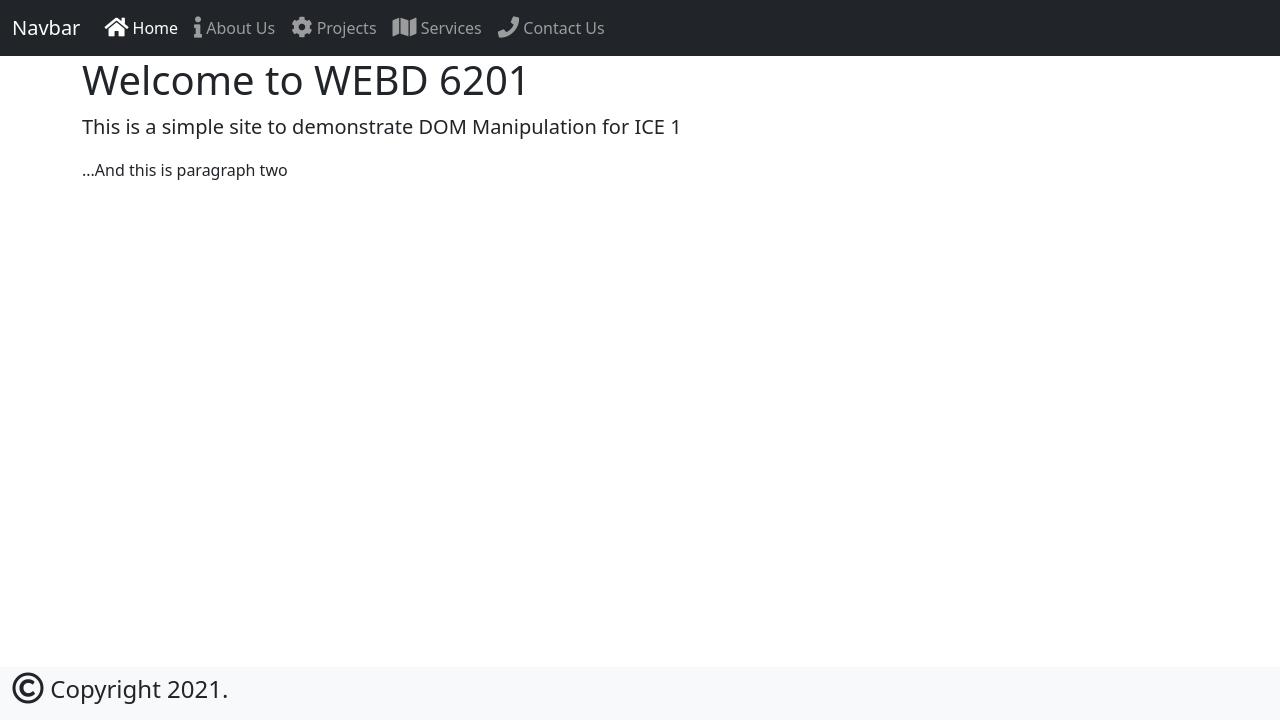
Repository: MuzhdaEhsan/WEBD6201-W2021-ICE1
Page: WEBD6201-W2021-ICE1/index.html
These files come from the project's save history. The page is drawn as it stood at one moment and after the next save; the edit follows.
The browser window is 1280 px wide. The pictures show the whole page.

Above is the page before, as saved 2021-01-20 09:58:23.

### WEBD6201-W2021-ICE1/index.html
<!DOCTYPE html>
<html lang="en">
<head>
    <meta charset="UTF-8">
    <meta name="viewport" content="width=device-width, initial-scale=1.0">
    <title>WEBD6201 - W2021 - ICE 1</title>
    <!-- CSS Section -->
    <link rel="stylesheet" href="./node_modules/bootstrap/dist/css/bootstrap.min.css">
    <link rel="stylesheet" href="./node_modules/@fortawesome/fontawesome-free/css/all.min.css">
    <link rel="stylesheet" href="./Content/app.css">
</head>
<body>
    <header>
        <nav class="navbar navbar-expand-lg navbar-dark bg-dark">
            <div class="container-fluid">
              <a class="navbar-brand" href="#">Navbar</a>
              <button class="navbar-toggler" type="button" data-bs-toggle="collapse" data-bs-target="#navbarSupportedContent" aria-controls="navbarSupportedContent" aria-expanded="false" aria-label="Toggle navigation">
                <span class="navbar-toggler-icon"></span>
              </button>
              <div class="collapse navbar-collapse" id="navbarSupportedContent">
                <ul class="navbar-nav me-auto mb-2 mb-lg-0">
                  <li class="nav-item">
                    <a class="nav-link active" aria-current="page" href="#"><i class="fas fa-home fa-lg"></i> Home</a>
                  </li>

                  <li class="nav-item">
                    <a class="nav-link" aria-current="page" href="#"><i class="fas fa-info fa-lg"></i> About Us</a>
                  </li>

                  <li class="nav-item">
                    <a class="nav-link" aria-current="page" href="#"><i class="fas fa-cog fa-lg"></i> Projects</a>
                  </li>

                  <li class="nav-item">
                    <a class="nav-link" aria-current="page" href="#"><i class="fas fa-map fa-lg"></i> Services</a>
                  </li>

                  <li class="nav-item">
                    <a class="nav-link" aria-current="page" href="#"><i class="fas fa-phone fa-lg"></i> Contact Us</a>
                  </li>
                </ul>
              </div>
            </div>
          </nav>
    </header>

    <main class="container">
        <h1>Welcome to WEBD 6201</h1>
        <p id="paragraphOne"></p>
    </main>

    <footer>
        <nav class="navbar fixed-bottom navbar-light bg-light">
            <div class="container-fluid">
              <h4><i class="far fa-copyright fa-lg"></i> Copyright 2021.</h4>
            </div>
          </nav>
    </footer>

    <!-- Script Section-->
    <script src="./node_modules/jquery/dist/jquery.min.js"></script>
    <script src="./node_modules/bootstrap/dist/js/bootstrap.bundle.min.js"></script>
    <script src="./Scripts/app.js"></script>
</body>
</html>

### WEBD6201-W2021-ICE1/Scripts/app.js
/* custom JavaScript goes here */

//IIFE - Immediately Invoked Function Expression
//AKA - Anonymous Self-Executing Function
//Closure - limits scope leak

"use strict";

(function()
{

    function Start()
    {
        console.log("App Started...");

        let paragraphOneText = "This is a simple site to demonstrate DOM Manipulation for ICE 1";

        let paragraphOneElement = document.getElementById("paragraphOne");

        paragraphOneElement.textContent = paragraphOneText;
        paragraphOneElement.className = "fs-5";

        // Step 1. document.createElement
        let newParagraph = document.createElement("p");
        // Step 2. configure the element
        newParagraph.setAttribute("id","paragraphTwo");
        newParagraph.textContent = "...And this is paragraph two";
        // Step 3. select the parent element
        let mainContent = document.getElementsByTagName("main")[0];
        // Step 4. Add / Insert the element
        mainContent.appendChild(newParagraph);

        newParagraph.className = "fs-6";

        // another way of injecting content
        //let paragraphThree =`<p class="fs-7 fw-bold">And this is the Third Paragraph</p>`
        //mainContent.innerHTML = paragraphThree;
    }

    window.addEventListener("load", Start);

})();

Loaded but not shown: WEBD6201-W2021-ICE1/node_modules/bootstrap/dist/css/bootstrap.min.css (library); WEBD6201-W2021-ICE1/node_modules/@fortawesome/fontawesome-free/css/all.min.css (library); WEBD6201-W2021-ICE1/Content/app.css (common file); WEBD6201-W2021-ICE1/node_modules/jquery/dist/jquery.min.js (library); WEBD6201-W2021-ICE1/node_modules/bootstrap/dist/js/bootstrap.bundle.min.js (library)

After the next save:
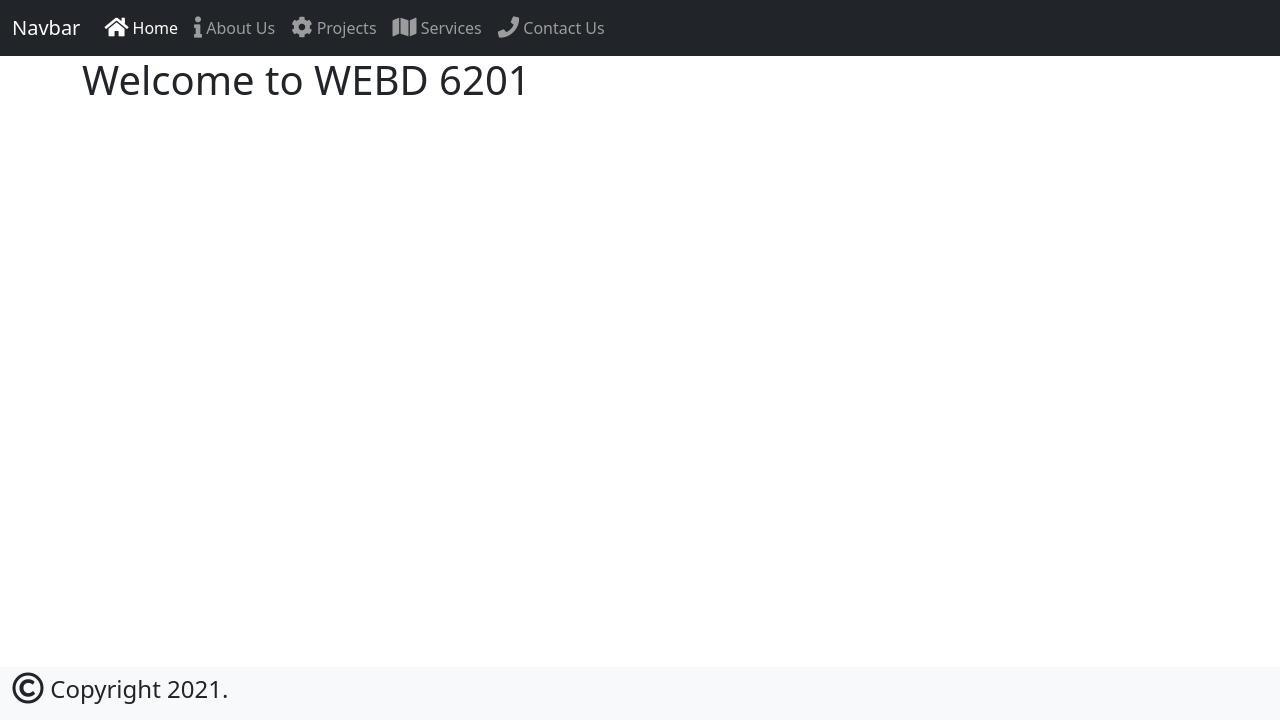
Console error: SyntaxError: Unexpected token '.'
Saved 22 h 29 min later.
--- a/WEBD6201-W2021-ICE1/Scripts/app.js
+++ b/WEBD6201-W2021-ICE1/Scripts/app.js
@@ -35,6 +35,13 @@
         // another way of injecting content
         //let paragraphThree =`<p class="fs-7 fw-bold">And this is the Third Paragraph</p>`
         //mainContent.innerHTML = paragraphThree;
+
+
+        let paragraph = document.createElement('div');
+        let paragraphThree = '<p id="paragraphThree" class="fs-7 fw-" '
+        let paragraphDiv.innerHTML = paragraphThree;
+
+        newParagraph.before(paragraphDiv)
     }
 
     window.addEventListener("load", Start);

After the 5 saves that followed:
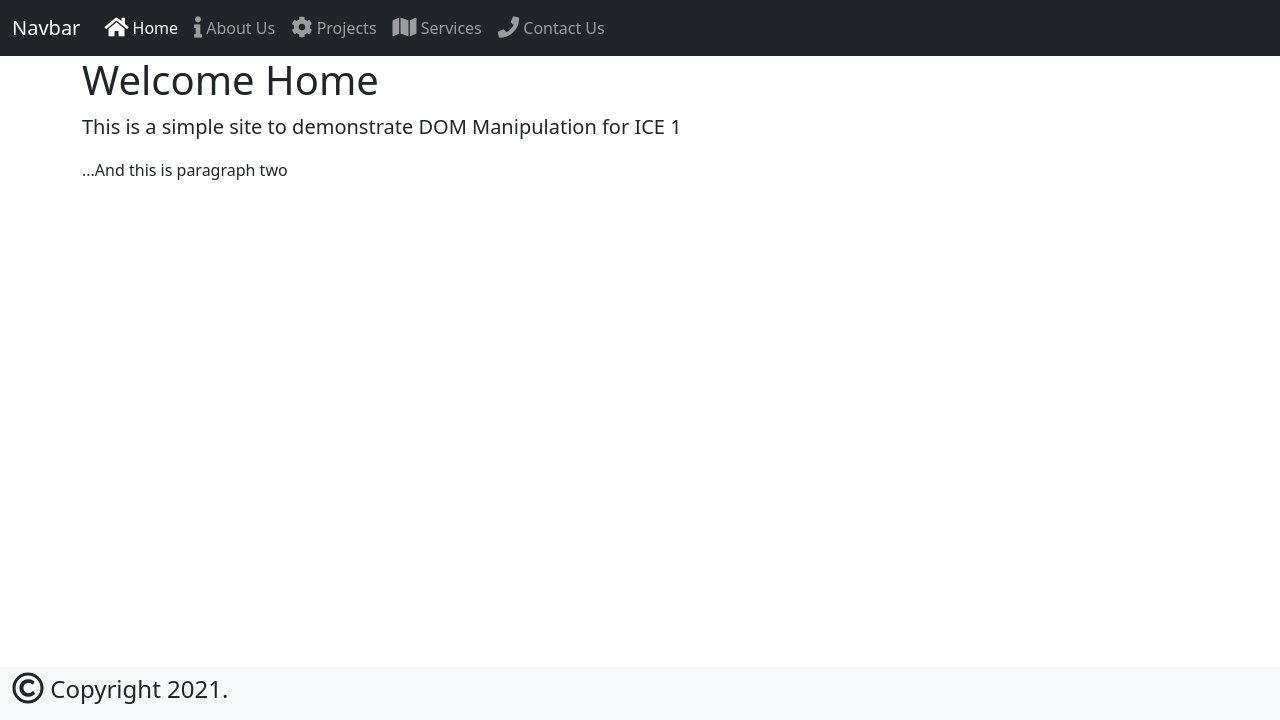
The error is gone.
The 5 saves are shown as one change because 4 left the picture as it was.
The last was saved 8 min 12 s later.
--- a/WEBD6201-W2021-ICE1/Scripts/app.js
+++ b/WEBD6201-W2021-ICE1/Scripts/app.js
@@ -37,11 +37,20 @@
         //mainContent.innerHTML = paragraphThree;
 
 
-        let paragraph = document.createElement('div');
-        let paragraphThree = '<p id="paragraphThree" class="fs-7 fw-" '
+        /*let paragraph = document.createElement('div');
+        let paragraphThree = '<p id="paragraphThree" class="fs-7 fw-" ';
         let paragraphDiv.innerHTML = paragraphThree;
 
         newParagraph.before(paragraphDiv)
+
+        //paragraphOneElement.remove();
+
+        mainContent.removeChild(paragraphOneElement);*/
+
+
+        //update
+        mainContent.firstElementChild.textContent = "Welcome Home";
+
     }
 
     window.addEventListener("load", Start);
